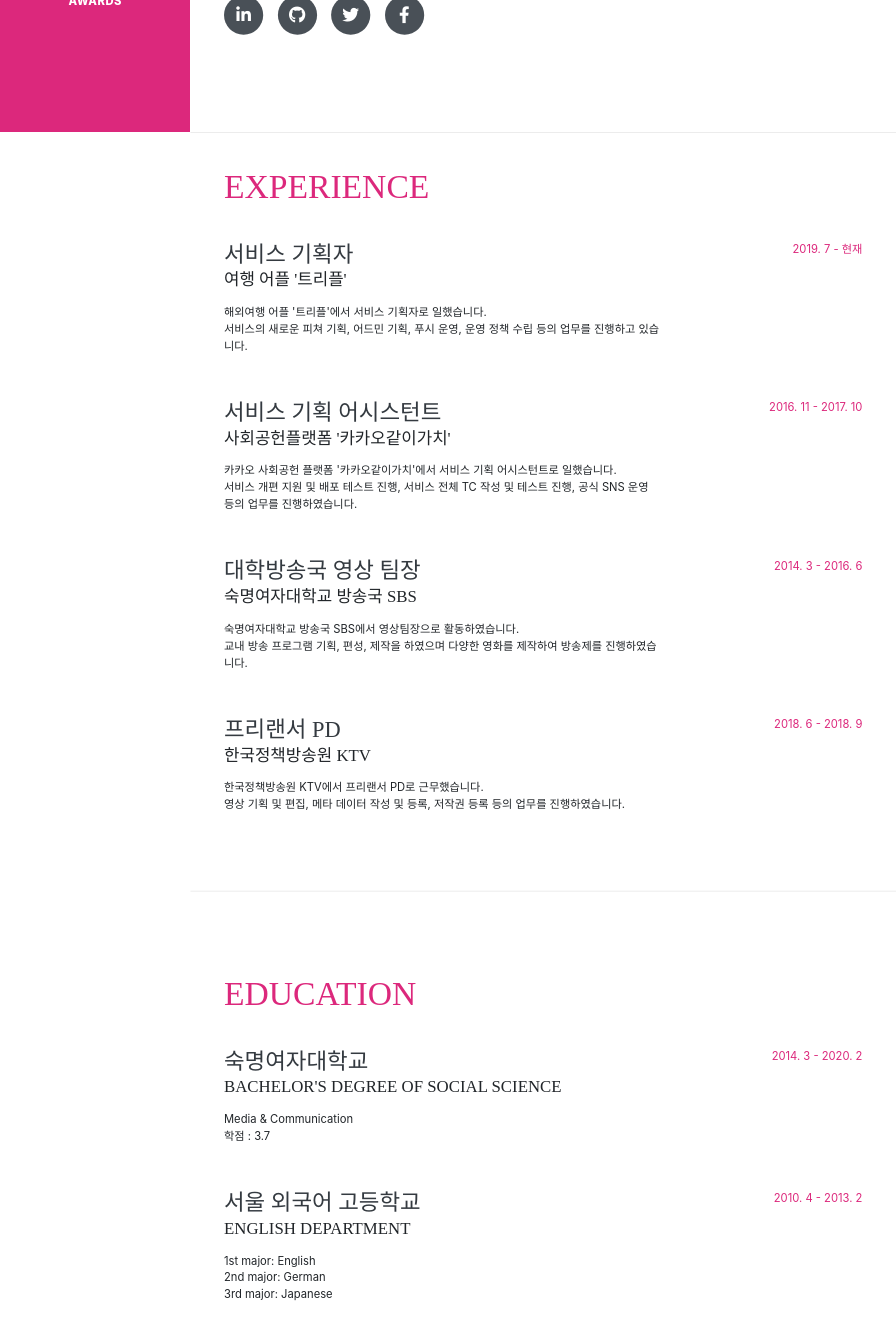
Repository: hyunah-aha/hyunah-aha
Page: Resume/index.html
The author's editor kept a record of every edit. The page is drawn from the files as they stood at one moment, then again after the next edit.
The browser window is 1280 px wide. The pictures show the part of the page from y = 532 to 2452 px (the page is 4804 px tall), at 70% of full size.
A picture or video elsewhere on the page could not be fetched, so the positions and the page height are approximate. Some web fonts or font styles are not loaded; a fallback is used.

Above is the page before.

After the next edit:
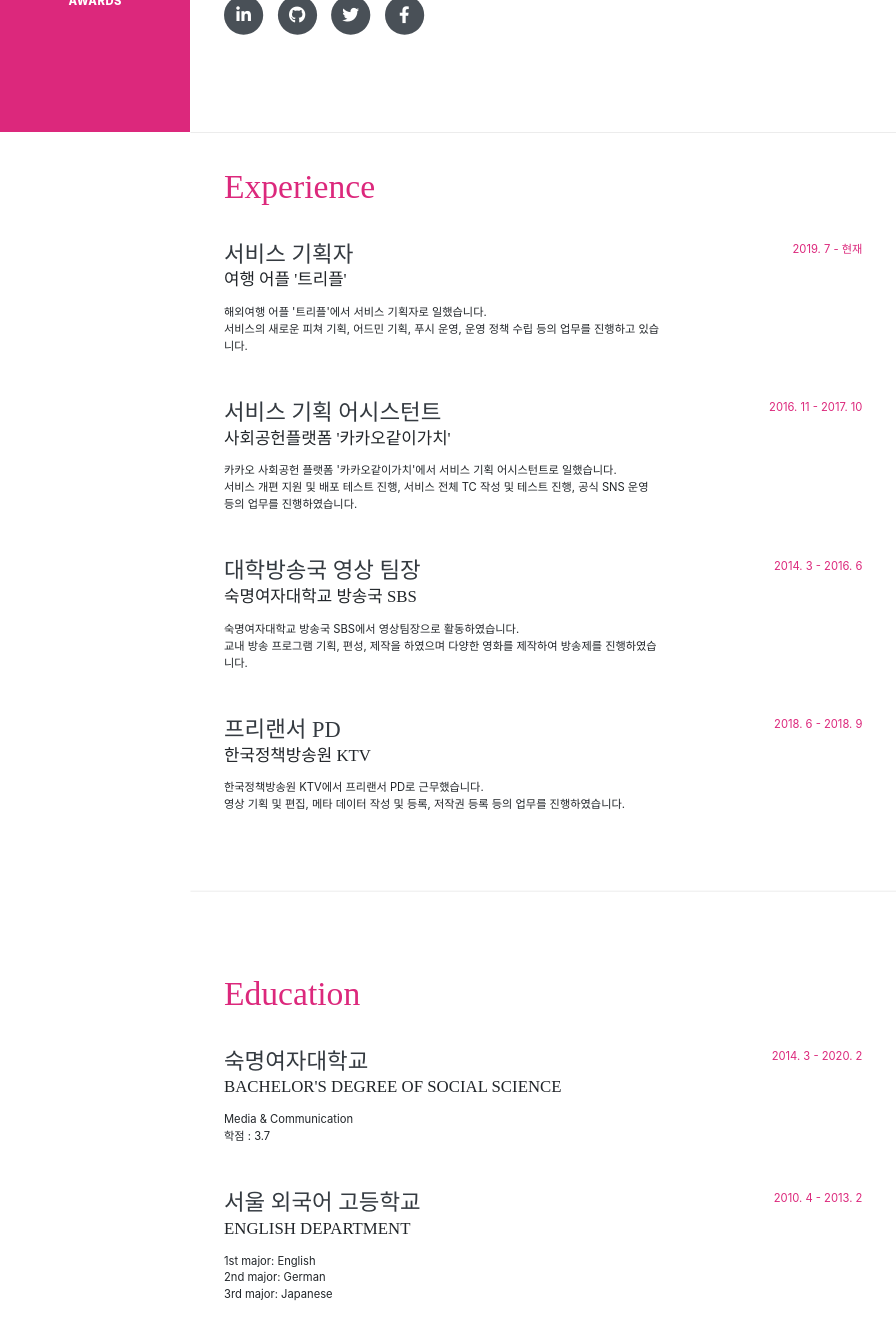
The edit:
--- a/Resume/css/resume.css
+++ b/Resume/css/resume.css
@@ -25,7 +25,6 @@
 h5,
 h6 {
   font-family: 'MapoGoldenPier'; src: url('https://cdn.jsdelivr.net/gh/projectnoonnu/noonfonts_2001@1.1/MapoGoldenPierA.woff') format('woff'); font-weight: normal; font-style: normal;
-  text-transform: uppercase;
   color: #343a40;
 }
 
